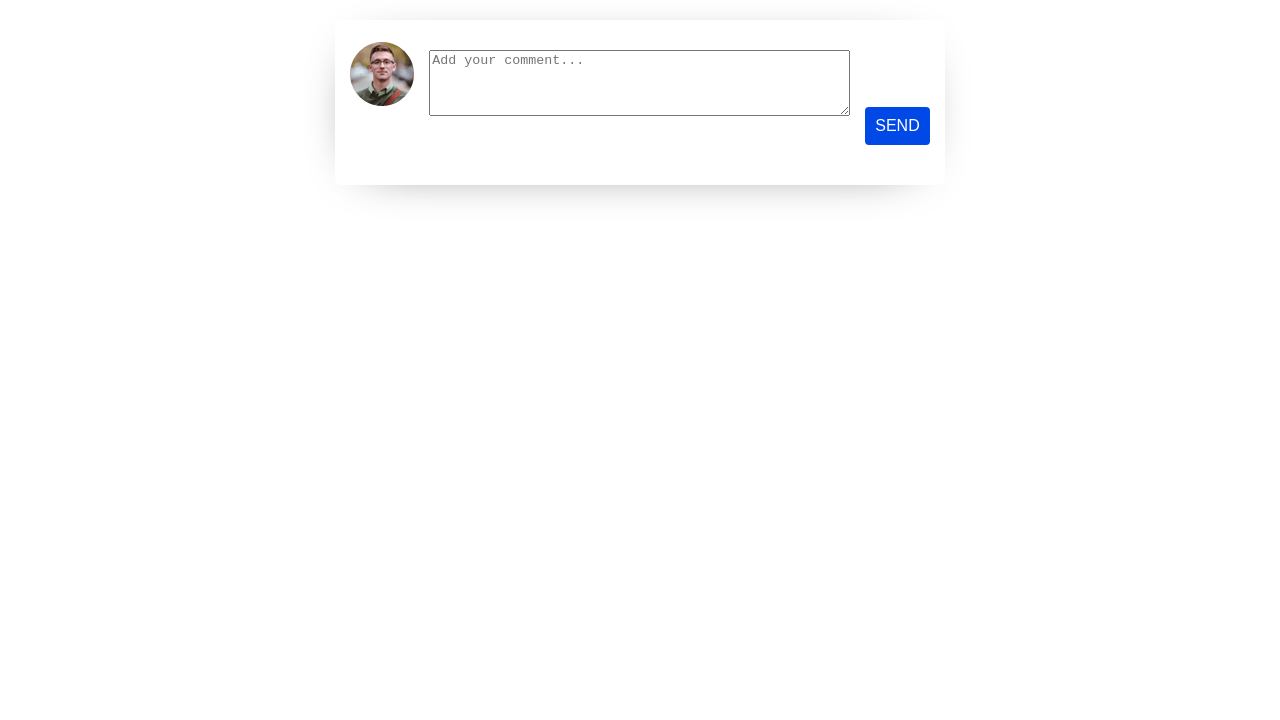
Repository: badhon252/interactive-comments-section
Page: /
An editor plug-in stored every save of this project. The page is shown before and after the next save, followed by the edit.
The browser window is 1280 px wide. The pictures show the whole page.
The project was rebuilt for these pictures with package versions that can differ from the ones it lists, and the page was loaded fresh each time.

Above is the page before, as saved 2022-01-28 12:14:27.

### public/index.html
<!DOCTYPE html>
<html lang="en">

<head>
  <meta charset="utf-8" />
  <link rel="icon" href="%PUBLIC_URL%/favicon.ico" />
  <meta name="viewport" content="width=device-width, initial-scale=1" />
  <meta name="theme-color" content="#000000" />
  <meta name="description" content="Web site created using create-react-app" />
  <link rel="apple-touch-icon" href="%PUBLIC_URL%/logo192.png" />

  <link rel="manifest" href="%PUBLIC_URL%/manifest.json" />

  <title>interactive-comments-section</title>
</head>

<body>
  <noscript>You need to enable JavaScript to run this app.</noscript>
  <div id="root"></div>

</body>

</html>

### src/App.js
import WriteComments from "./components/WriteComments";
// import WriteComments from "./components/WriteComments";

function App() {
  return (
    <div className="App">
      <WriteComments />
    </div>
  );
}

export default App;

### src/components/WriteComments.js
import React, { useState } from "react";
import "../App.css";
import Avatar from "../images/avatars/image-juliusomo.png";
import avatar from "../images/avatars/image-amyrobson.png";
// import Comments from "./Comments";

export default function WriteComments() {
  const [input, setInput] = useState("");
  const [comment, setComment] = useState([]);

  const handleSubmit = (e) => {
    e.preventDefault();

    if (!input) {
      alert("Input your data!!");
    } else {
      setComment((e) => {
        return [...e, input];
      });
    }
  };

  const key = new Date().getTime().toString();

  const handleDelete = () => {};
  const handleEdit = () => {};

  return (
    <div className="main-div">
      <div className="comment-input ">
        <form
          action=""
          className="comment-section shadow"
          onSubmit={handleSubmit}
        >
          <img src={Avatar} alt="images" className="my-img" />
          <textarea
            name=""
            id=""
            rows="4"
            cols="50"
            placeholder="Add your comment..."
            value={input}
            onChange={(e) => setInput(e.target.value)}
          />
          <button className="submit-btn">SEND</button>
        </form>{" "}
      </div>

      {/* comments===== start========== */}
      <div className="comments">
        {comment.map((value) => {
          return (
            <div key={key} className="shadow">
              <div className="profile-info">
                <img src={avatar} alt="" className="random-img" />
                <h4 className="name">@amyrobson</h4>
                <span className="time"> 1 Months ago</span>
                <div className="btn">
                  <button className="delete" onClick={handleDelete}>
                    Delete
                  </button>
                  <button className="edit" onClick={handleEdit}>
                    Edit
                  </button>
                </div>
              </div>
              <li className="single-comment">{value}</li>
            </div>
          );
        })}
      </div>
      {/* comments ends ========= */}
    </div>
  );
}

### src/App.css
.main-div {
  /* width: 40rem; */
  /* margin: auto; */
  text-align: center;
}
.comment-input {
  display: flex;
  justify-content: center;
}
.comment-section {
  padding: 15px;
  margin: 20px;
  border-radius: 7px;
}

.submit-btn {
  background-color: rgb(0, 73, 231);
  color: white;
  border: none;
  border-radius: 4px;
  font-size: 1rem;
  padding: 10px;
  margin-bottom: 25px;
  cursor: pointer;
  /* align-items: flex-start; */
}

.my-img {
  max-width: 80%;
  margin-bottom: 25px;
}
textarea {
  margin: 15px;
}

.shadow {
  box-shadow: -3px 7px 54px -36px rgba(0, 0, 0, 1);
  -webkit-box-shadow: -3px 7px 54px -36px rgba(0, 0, 0, 1);
  -moz-box-shadow: -3px 7px 54px -36px rgba(0, 0, 0, 1);
}

/* single comment section ==== */

.comments {
  margin: 20px auto;
  width: 45rem;
  /* text-align: justify; */
}
.profile-info {
  /* display: flex; */
  /* justify-content: left; */
  padding: 25px 0 10px 40px;
}
.random-img {
  width: 40px;
  display: inline;
  margin-bottom: -12px;
}
.name {
  padding: 0 10px;
  display: inline;
}

.time {
  font-size: 14px;
  opacity: 70%;
  padding-left: 30px;
  display: inline;
}
.btn {
  /* text-align: center; */
  text-align: right;
  padding-top: 24px;
  padding-left: 30px;
  margin-left: auto;
  display: inline;
}
.edit {
  background-color: rgb(9, 255, 0);
  border: 1px solid black;
  padding: 5px 10px;
  border-radius: 5px;
  margin: 0 20px;
  cursor: pointer;
  display: inline;
}

.delete {
  background-color: rgb(255, 0, 34);
  border: 1px solid black;
  color: #fff;
  padding: 5px 10px;
  border-radius: 5px;
  margin: 0 20px;
  cursor: pointer;
  display: inline;
}

.single-comment {
  width: 40rem;
  padding: 0 15px 20px 15px;
  margin: 20px;
  list-style-type: none;
}

Loaded but not shown: src/index.js (common file); src/index.css (common file); src/reportWebVitals.js (common file)

After the next save:
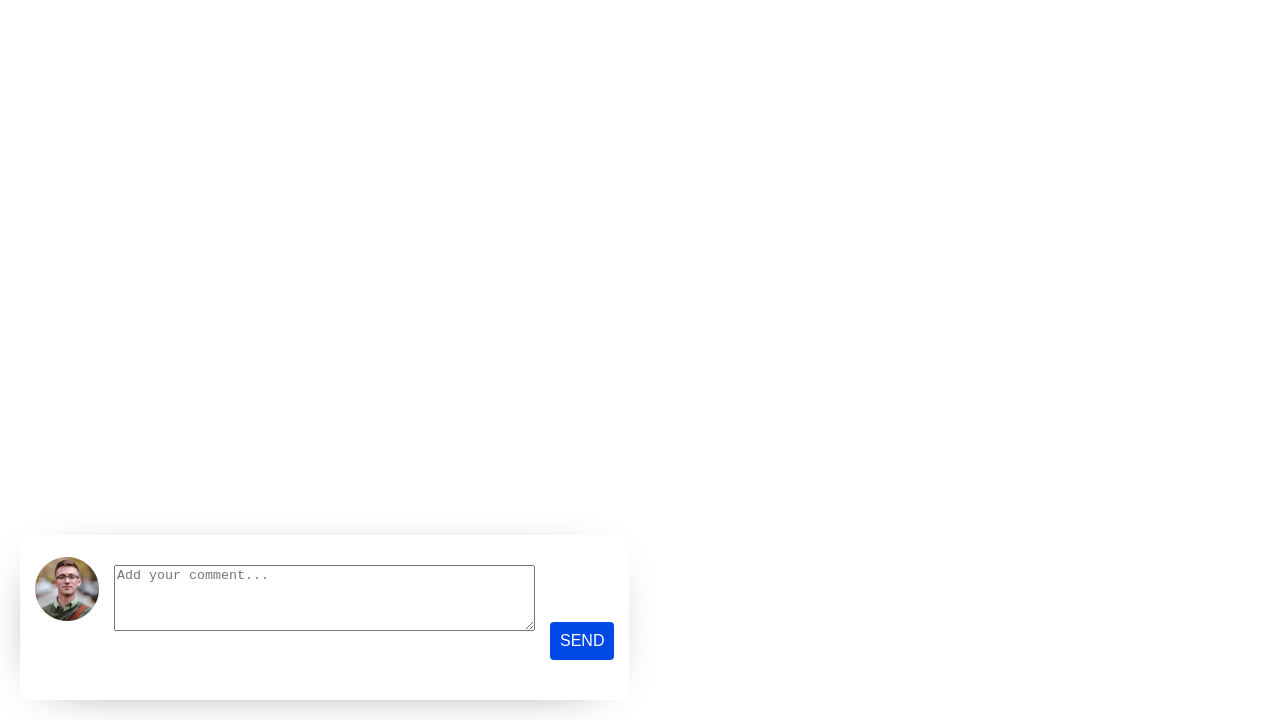
Saved 6 min 37 s later.
--- a/src/App.css
+++ b/src/App.css
@@ -6,6 +6,8 @@
 .comment-input {
   display: flex;
   justify-content: center;
+  position: fixed;
+  bottom: 0;
 }
 .comment-section {
   padding: 15px;
